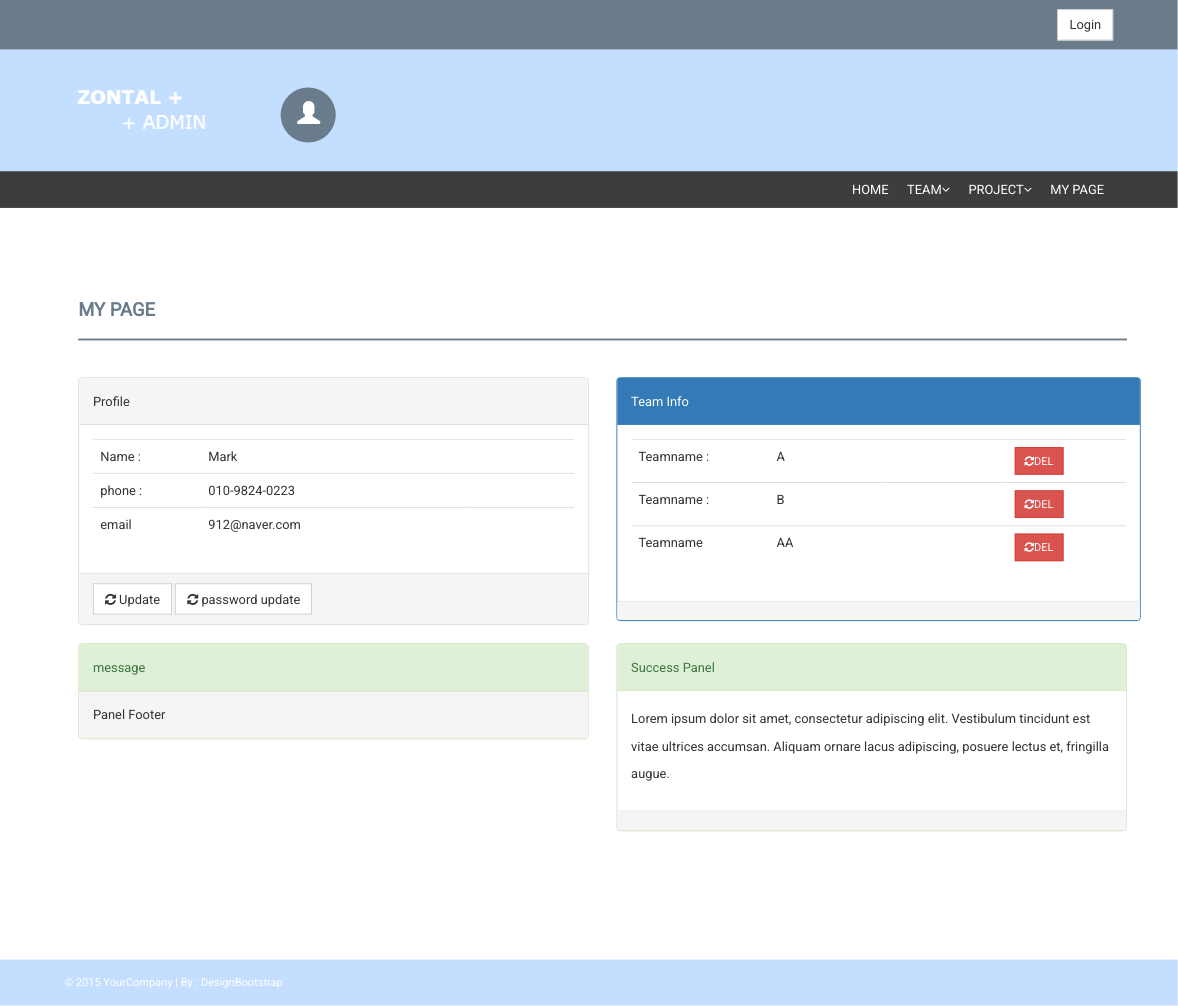
Repository: hwju91/skuniv
Page: http://localhost/0903.2/WEB-INF/jsp/mypage.jsp
The author's editor kept a copy of each file at every save. The page is drawn from the files as they stood at one save, then again after the next save.
The browser window is 1280 px wide. The pictures show the whole page, at 92% of full size.
The page is served by Tomcat 9. Nobody is signed in. The template is opened directly, without the code that normally fills it, so the values that code supplies are empty.

Above is the page before, as saved 2016-09-06 10:28:17.

After the next save:
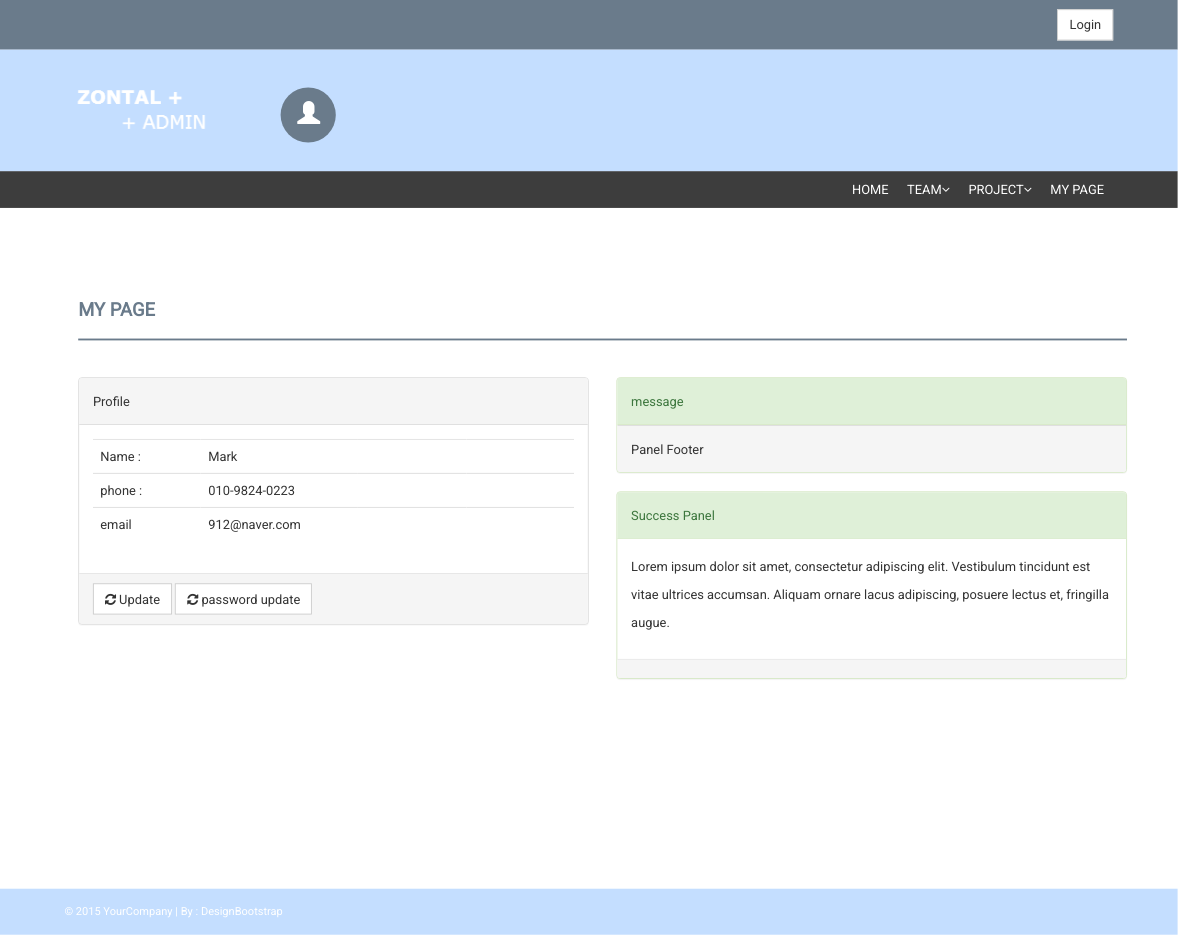
Saved 11 s later.
--- a/0903.2/WebContent/WEB-INF/jsp/mypage.jsp
+++ b/0903.2/WebContent/WEB-INF/jsp/mypage.jsp
@@ -65,7 +65,7 @@
                     </div>
 
                 </div>
-                <div class="row">
+               <!--  <div class="row">
                 <div class="col-md-6 col-sm-6">
                     <div class="panel panel-primary">
                         <div class="panel-heading">
@@ -75,12 +75,12 @@
                             <div class="table-responsive">
                                 <table class="table">
                                     <thead>
-                                        <!-- <tr>
+                                        <tr>
                                             <th>#</th>
                                             <th>First Name</th>
                                             <th>Last Name</th>
                                             <th>Username</th>
-                                        </tr> -->
+                                        </tr>
                                     </thead>
                                     <tbody>
                                         <tr>
@@ -110,7 +110,7 @@
                         </div>
                     </div>
                 </div>
-                </div>
+                </div> -->
                 <div class="col-md-6 col-sm-6">
                     <div class="panel panel-success">
                         <div class="panel-heading">
